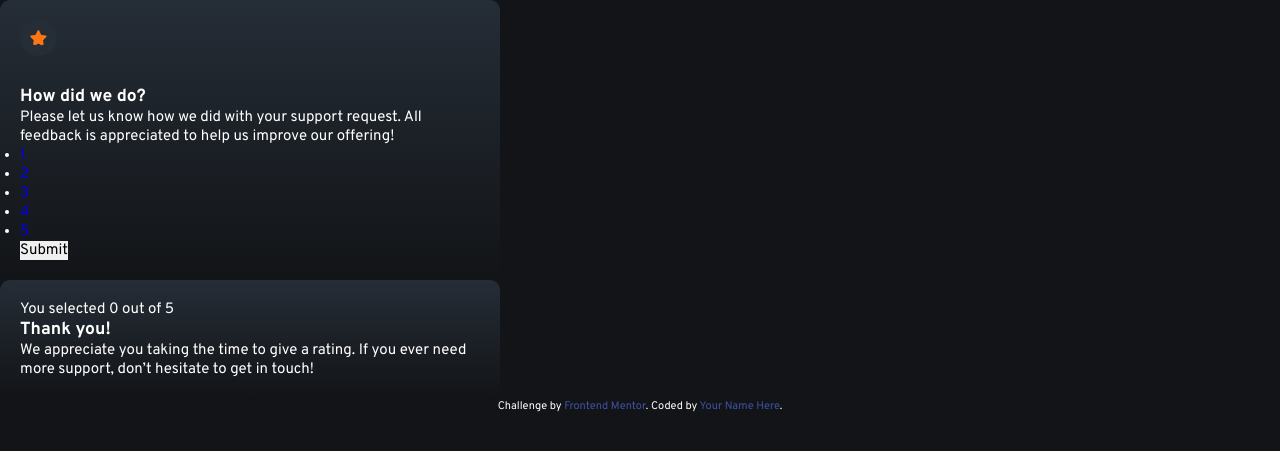
Repository: huynhnhutanhduy/interactive-rating-component
Page: index.html
An editor plug-in stored every save of this project. The page is shown before and after the next save, followed by the edit.
The browser window is 1280 px wide. The pictures show the whole page.

Above is the page before, as saved 2022-10-19 10:02:20.

After the next save:
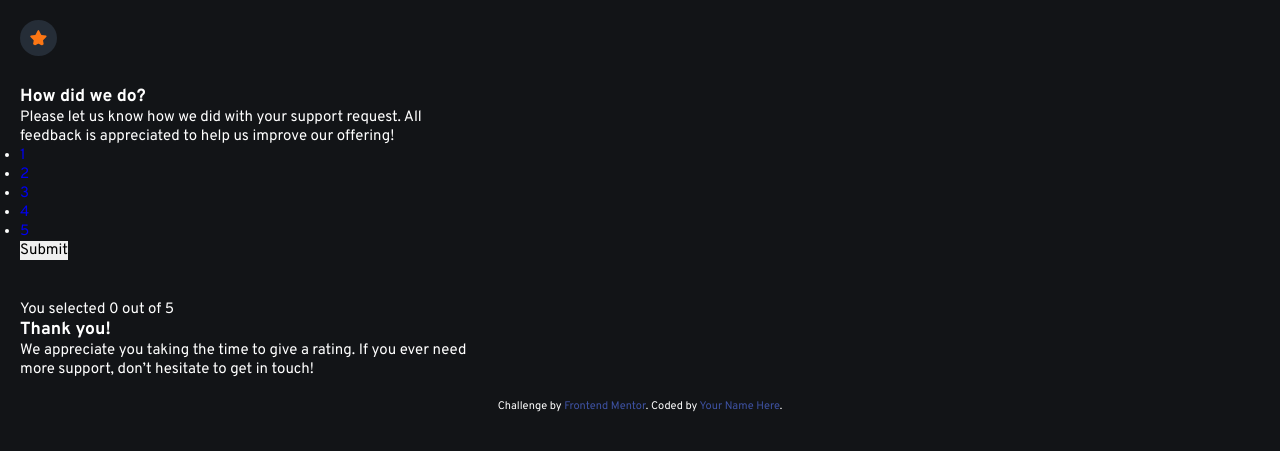
Saved 13 s later.
--- a/app.css
+++ b/app.css
@@ -52,7 +52,7 @@ button {
 
 .rating-container {
   max-width: 50rem;
-  background-image: linear-gradient(to top, var(--very-dark-blue), var(--dark-blue));
+  background-image: linear-gradient(to top, var(--dark-blue));
   padding: 2rem;
   border-radius: 1rem;
 }
